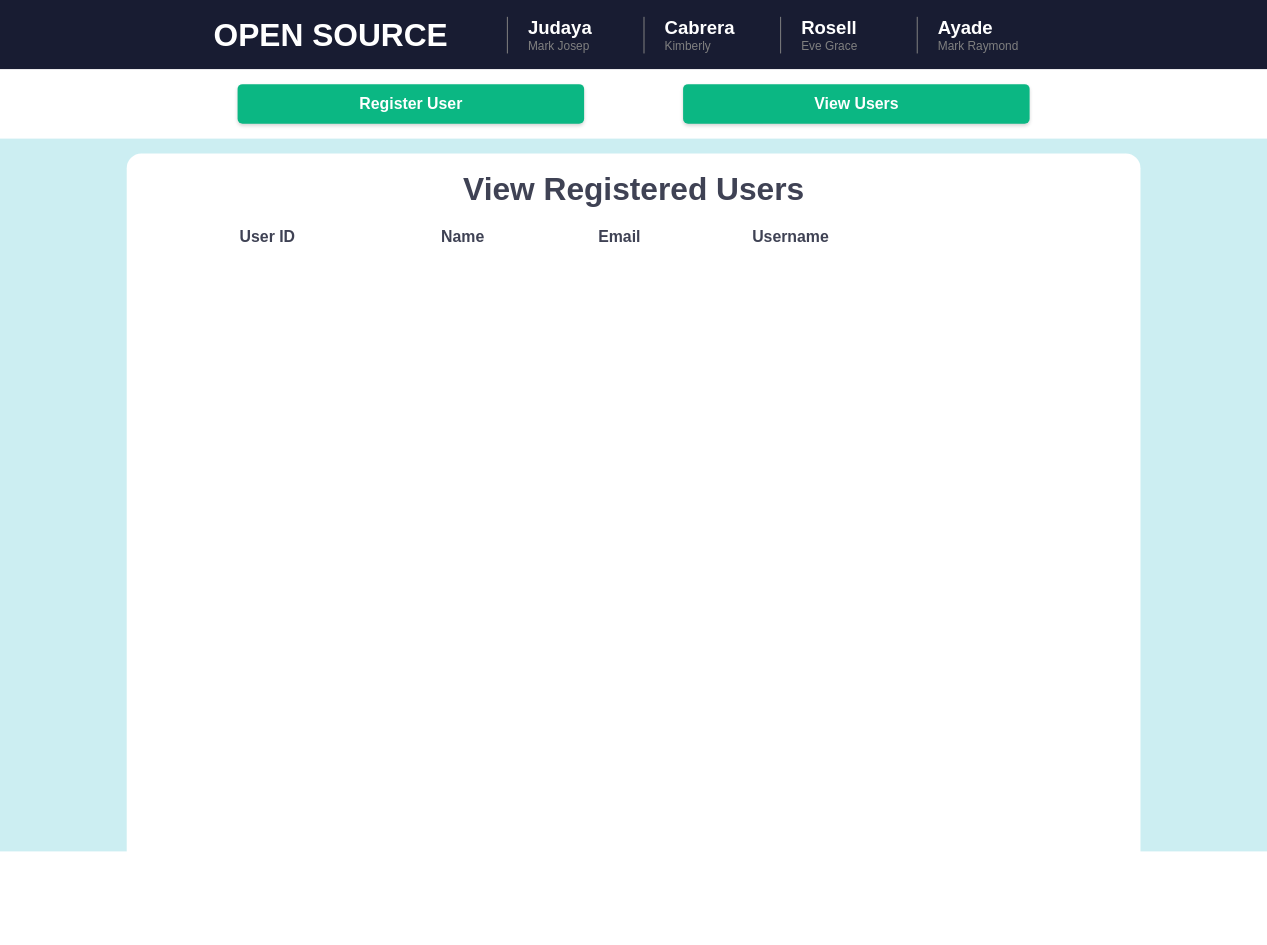
Repository: azkalonz/Int-Prog-2
Page: http://localhost/Int_Prog_2/employee?page=view
An editor plug-in stored every save of this project. The page is shown before and after the next save, followed by the edit.
The browser window is 1280 px wide. The pictures show the whole page, at 99% of full size.
The page is served by Tomcat 9. Other server files are loaded and not shown. Queries for data that is not in the repository find no rows.

Above is the page before, as saved 2021-03-02 11:17:47.

### Int Prog 2/WebContent/WEB-INF/views/employees.jsp
<%@taglib prefix="c" uri="http://java.sun.com/jsp/jstl/core"%>

<jsp:include page="/WEB-INF/layout/header.jsp" />

<div class="tableCon">
            <h1>View Registered Users</h1>
            <br>
            <table id="theTable">
                <thead>
                    <tr>
                        <th>User ID</th>
                        <th>Name</th>
                        <th>Email</th>
                        <th>Username</th>
                    </tr>
                </thead>
                <tbody>
                    <c:forEach items="${employees}" var="employee">
					    <tr>
					        <td>${employee.employeeID}</td>
					        <td>${employee.firstname} ${employee.lastname}</td>
					        <td>${employee.email}</td>
					        <td>${employee.username}</td>
					    </tr>
					</c:forEach>
                </tbody>
            </table>
        </div>

<jsp:include page="/WEB-INF/layout/footer.jsp" />

### Int Prog 2/WebContent/WEB-INF/layout/header.jsp
<%@ page language="java" contentType="text/html; charset=ISO-8859-1"
	pageEncoding="ISO-8859-1"%>
<!DOCTYPE html>
<html>
<head>
<meta charset="ISO-8859-1">
<title>Register Employee</title>
<link rel="stylesheet" href="<%=request.getContextPath()%>/css/style.css"/>
</head>
<body>
<header>
        <div class="container">
            <h1>OPEN SOURCE</h1>
            <div class="namesCon">
                <div class="names">
                    <h3>Judaya</h3>
                    <span>Mark Josep</span>
                </div>
                <div class="names">
                    <h3>Cabrera</h3>
                    <span>Kimberly</span>
                </div>
                <div class="names">
                    <h3>Rosell</h3>
                    <span>Eve Grace</span>
                </div>
                <div class="names">
                    <h3>Ayade</h3>
                    <span>Mark Raymond</span>
                </div>
            </div>
        </div>
    </header>
    <div class="navCon">
        <div class="container">
            <div class="button">
                <a href="<%=request.getContextPath()%>/register">Register User</a>
            </div>
            <div class="button">
                <a href="<%=request.getContextPath()%>/employee">View Users</a>
            </div>
        </div>
    </div>

    <div class="thecontent">

### Int Prog 2/src/com/intprog/controller/EmployeeServlet.java
package com.intprog.controller;

import java.io.IOException;
import java.util.ArrayList;

import javax.servlet.ServletException;
import javax.servlet.annotation.WebServlet;
import javax.servlet.http.HttpServlet;
import javax.servlet.http.HttpServletRequest;
import javax.servlet.http.HttpServletResponse;

import com.intprog.dao.EmployeeDAO;
import com.intprog.model.Employee;

/**
 * Servlet implementation class EmployeeServlet
 */
@WebServlet("/employee")
public class EmployeeServlet extends HttpServlet {
	private static final long serialVersionUID = 1L;
	EmployeeDAO employeeDAO = new EmployeeDAO();

    /**
     * @see HttpServlet#HttpServlet()
     */
    public EmployeeServlet() {
        super();
        // TODO Auto-generated constructor stub
    }

	/**
	 * @see HttpServlet#doGet(HttpServletRequest request, HttpServletResponse response)
	 */
	protected void doGet(HttpServletRequest request, HttpServletResponse response) throws ServletException, IOException  {
		// TODO Auto-generated method stub
		String id = request.getParameter("id");
		ArrayList<Employee> employees = new ArrayList<Employee>();
		Employee emp = new Employee();
		try {
			emp = employeeDAO.selectEmployee(Integer.parseInt(id));
			getServletContext().setAttribute("employee", emp);
			getServletContext().getRequestDispatcher("/WEB-INF/views/employee.jsp").forward(request, response);
		} catch(Exception e) {

		}
		try {
			employees = employeeDAO.allEmployee();
			getServletContext().setAttribute("employees", employees);
			getServletContext().getRequestDispatcher("/WEB-INF/views/employees.jsp").forward(request, response);
		}catch(Exception e) {
		}
	}

	/**
	 * @see HttpServlet#doPost(HttpServletRequest request, HttpServletResponse response)
	 */
	protected void doPost(HttpServletRequest request, HttpServletResponse response) throws ServletException, IOException {
		// TODO Auto-generated method stub
		doGet(request, response);
	}

}

### Int Prog 2/src/com/intprog/model/Employee.java
package com.intprog.model;

public class Employee {
	private String firstname,lastname,email,username,password,mi;
	public int employeeID;

	public int getEmployeeID() {
		return employeeID;
	}

	public void setEmployeeID(int employeeID) {
		this.employeeID = employeeID;
	}

	public String getFirstname() {
		return firstname;
	}

	public void setFirstname(String firstname) {
		this.firstname = firstname;
	}

	public String getLastname() {
		return lastname;
	}

	public void setLastname(String lastname) {
		this.lastname = lastname;
	}

	public String getEmail() {
		return email;
	}

	public void setEmail(String email) {
		this.email = email;
	}

	public String getUsername() {
		return username;
	}

	public void setUsername(String username) {
		this.username = username;
	}

	public String getPassword() {
		return password;
	}

	public void setPassword(String password) {
		this.password = password;
	}

	public String getMi() {
		return mi;
	}

	public void setMi(String mi) {
		this.mi = mi;
	}



}

### Int Prog 2/WebContent/css/style.css
* {
  margin: 0;
  padding: 0;
  box-sizing: border-box;
  font-family: "Poppins", sans-serif;
  color: rgb(63, 66, 84);
}

header {
  width: 100%;
  height: 70px;
  background: rgb(24, 28, 50);
  display: flex;
  align-items: center;
  justify-content: center;
}

header .container {
  width: 1024px;
  display: flex;
  justify-content: center;
}

header .container h1 {
  color: white;
  margin-right: 20px;
}

header .container .namesCon {
  display: flex;
  margin-left: 40px;
}

.container .namesCon .names {
  width: 130px;
  display: flex;
  flex-direction: column;
  margin-right: 8px;
  border-left: 1px solid gray;
  padding-left: 20px;
}

.namesCon .names h3 {
  color: white;
}

.namesCon .names span {
  font-size: 12px;
  color: gray;
}

.navCon {
  width: 100%;
  height: 70px;
  background: white;
  display: flex;
  align-items: center;
  justify-content: center;
  padding: 20px 0;
}

.navCon .container {
  width: 1024px;
  display: flex;
  align-items: center;
  justify-content: center;
}

.navCon .container .button {
  width: 350px;
  height: 40px;
  margin: 0 50px;
  cursor: pointer;
  border: none;
  border-radius: 5px;
  background: rgb(11, 183, 131);
  font-weight: bold;
  box-shadow: 0 2px 4px lightgray;
  display: flex;
  justify-content: center;
  align-items: center;
}

.navCon .container .button a {
  text-decoration: none;
  color: white;
}

.thecontent {
  width: 100%;
  height: 100vh;
  display: flex;
  justify-content: center;
  padding: 15px 0;
  background: rgb(204, 238, 242);
}

.formCon {
  display: flex;
  align-items: center;
  justify-content: center;
  width: 1024px;
  height: 700px;
  background: white;
  padding-top: 15px;
  border-radius: 15px;
}
.inputCon {
  width: 370px;
  height: 80px;
  display: flex;
  flex-direction: column;
}

.inputCon span {
  margin-right: 10px;
  font-size: 15px;
}

.inputCon input {
  height: 40px;
  padding-left: 7px;
  border: 1px solid gray;
  border-radius: 5px;
}

.formCon button {
  width: 200px;
  height: 70px;
  float: right;
  border: none;
  border-radius: 4px;
  background: rgb(11, 183, 131);
  color: white;
  font-weight: bold;
  box-shadow: 0 2px 4px lightgray;
}

.thecontent .tableCon {
  background: white;
  width: 1024px;
  height: 800px;
  display: flex;
  justify-content: flex-start;
  padding-top: 18px;
  align-items: center;
  flex-direction: column;
  border-radius: 15px;
}

.tableCon table {
  width: 800px;
}

.tableCon table th {
  text-align: left;
}

Loaded but not shown: Int Prog 2/WebContent/WEB-INF/layout/footer.jsp (common file)

After the next save:
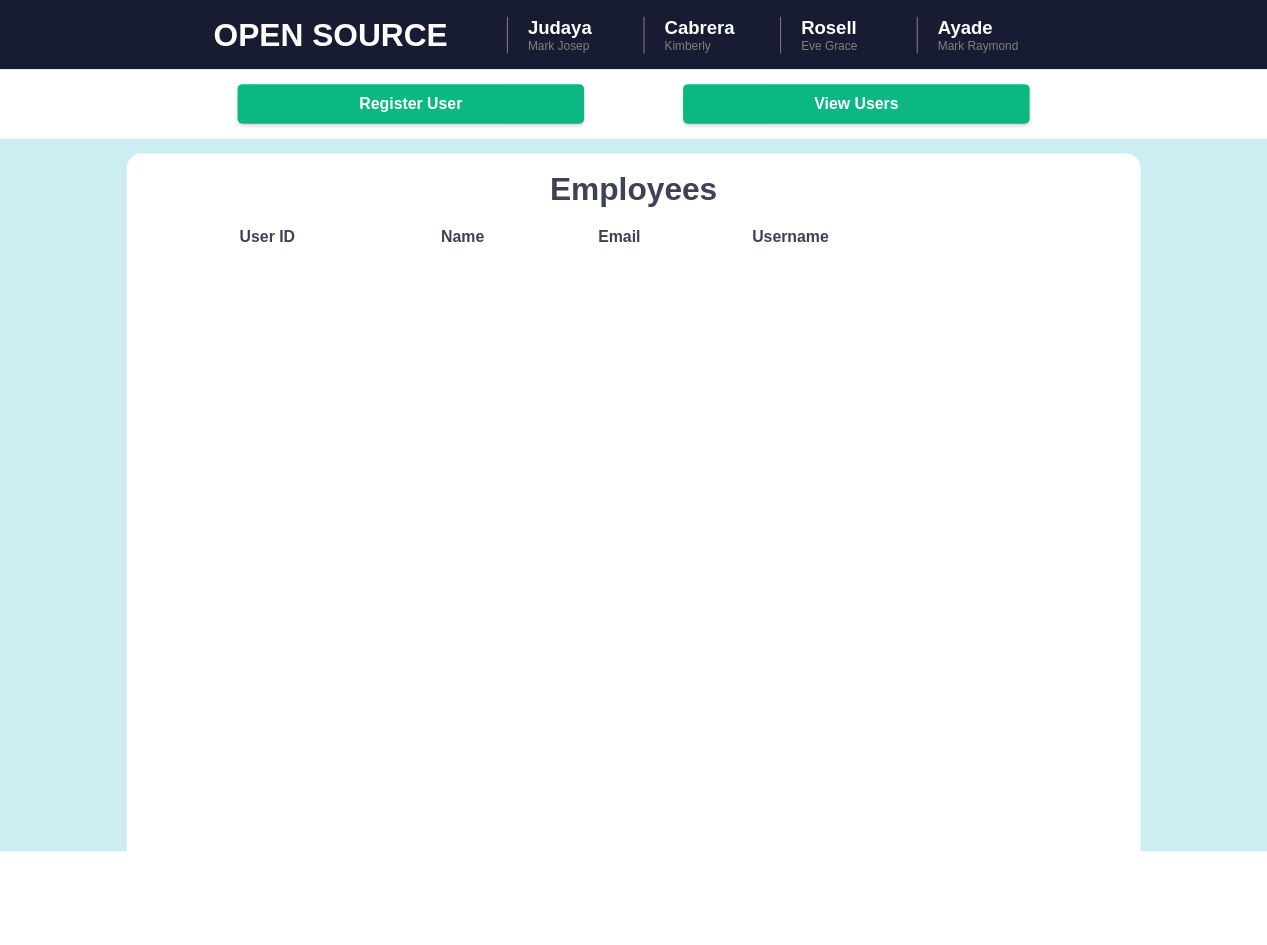
Saved 18 s later.
--- a/Int Prog 2/WebContent/WEB-INF/views/employees.jsp
+++ b/Int Prog 2/WebContent/WEB-INF/views/employees.jsp
@@ -3,7 +3,7 @@
 <jsp:include page="/WEB-INF/layout/header.jsp" />
 
 <div class="tableCon">
-            <h1>View Registered Users</h1>
+            <h1>Employees</h1>
             <br>
             <table id="theTable">
                 <thead>
